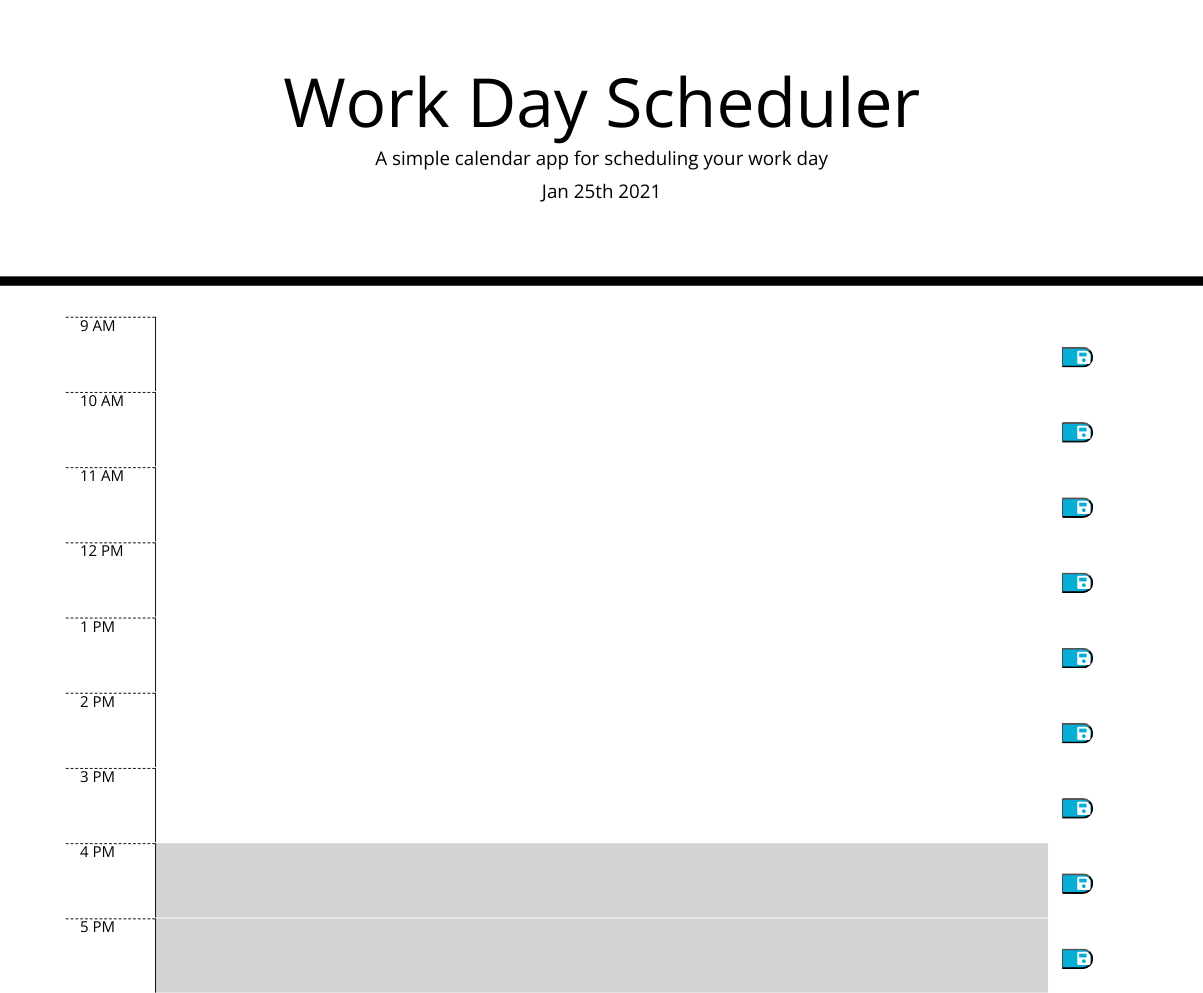
Repository: UPye/workDayScheduler
Page: index.html
The author's editor kept a copy of each file at every save. The page is drawn from the files as they stood at one save, then again after the next save.
The browser window is 1280 px wide. The pictures show the whole page, at 94% of full size.
Some web libraries are served in a nearby version.

Above is the page before, as saved 2021-01-25 21:36:58.

After the next save:
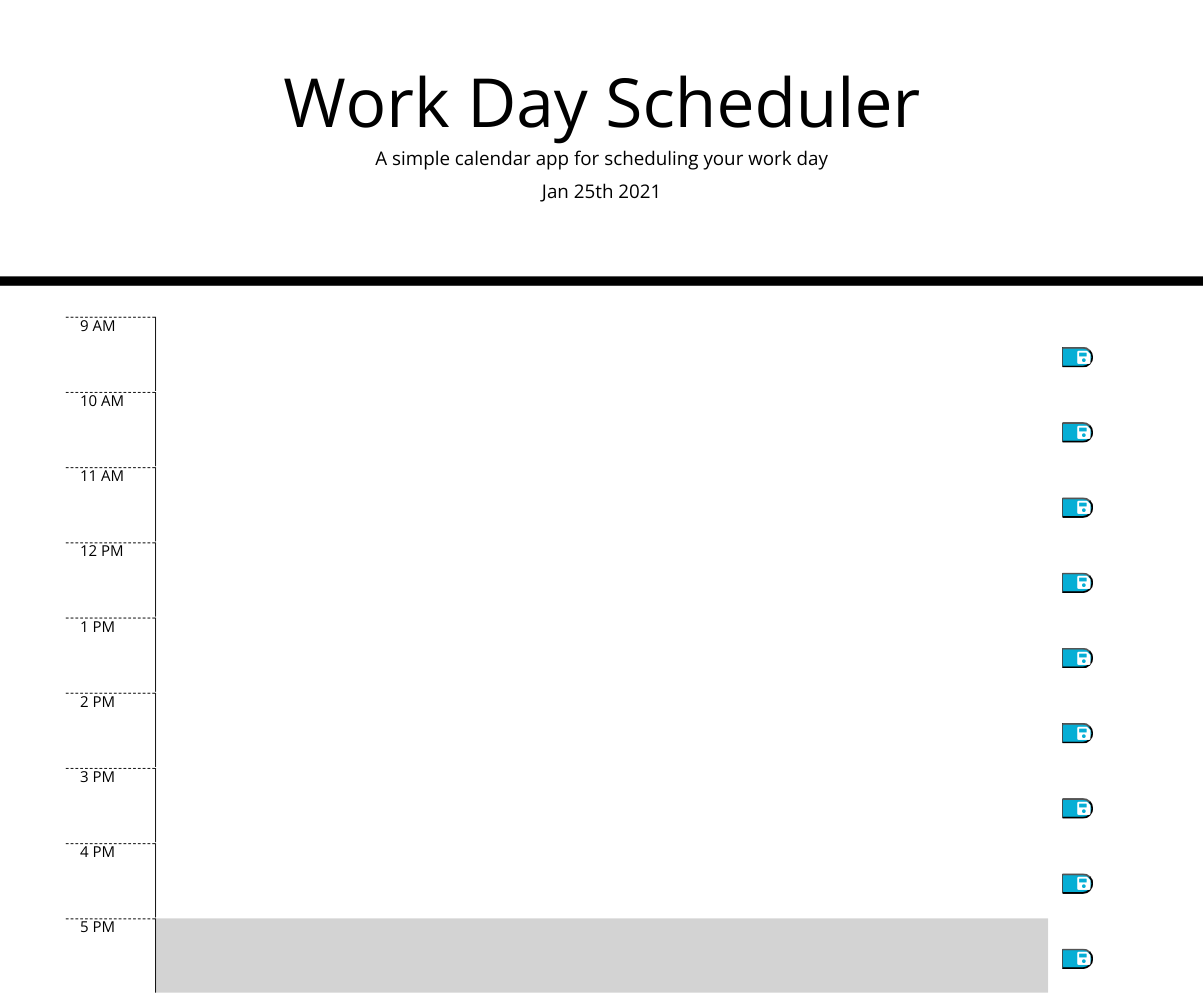
Saved 12 s later.
--- a/index.html
+++ b/index.html
@@ -82,7 +82,7 @@
       </section>
       <section class="row timeblocks">
         <div class="col-1 hour">4 PM</div>
-        <textarea id="4pm hour-4" class="task col-10" placeholder="" autocomplete="off"></textarea>
+        <textarea id="hour-4" class="task col-10" placeholder="" autocomplete="off"></textarea>
         <div class="col-1 save">
           <button type="button" id="save-4" data-id="4" class="saveBtn col-1"><i class="fas fa-save"></i></button>
         </div>
